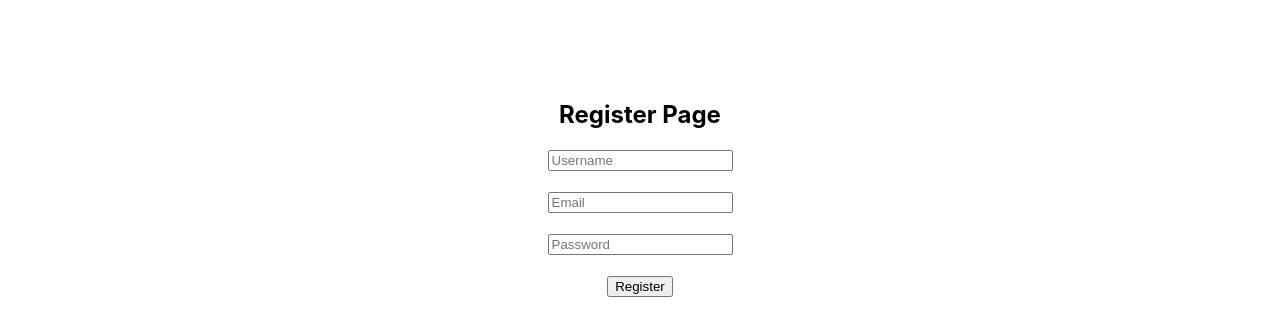
Repository: Vu-Tien-Duc/LearnEnglish-with-API
Page: /register
These files come from the project's save history. The page is drawn as it stood at one moment and after the next save; the edit follows.
The browser window is 1280 px wide. The pictures show the whole page.
The project was rebuilt for these pictures with package versions that can differ from the ones it lists, and the page was loaded fresh each time. Also part of the build but not shown: src/pages/Home.jsx, src/services/api.js, src/pages/Login.jsx, src/components/AdminLayout.jsx, src/pages/admin/CategoryManager.jsx, src/pages/admin/Dashboard.jsx, src/pages/admin/VocabularyManager.jsx.

Above is the page before, as saved 2026-03-23 07:32:37.

### src/App.js
import { BrowserRouter as Router, Routes, Route } from "react-router-dom";

import Home from "./pages/Home";
import Login from "./pages/Login";
import Register from "./pages/Register";

import AdminLayout from "./components/AdminLayout";
import CategoryManager from "./pages/admin/CategoryManager";
import Dashboard from "./pages/admin/Dashboard";
import VocabularyManager from "./pages/admin/VocabularyManager";

function App() {
  return (
    <Router>
      <Routes>

        {/* HOME */}
        <Route path="/" element={<Home />} />

        {/* AUTH */}
        <Route path="/login" element={<Login />} />
        <Route path="/register" element={<Register />} />

        {/* ADMIN */}
        <Route path="/admin" element={<AdminLayout />}>
          <Route index element={<Dashboard />} />
          <Route path="vocabulary" element={<VocabularyManager />} />
          <Route path="categories" element={<CategoryManager />} />
          <Route path="quiz" element={<div>Quiz Page</div>} />
        </Route>

      </Routes>
    </Router>
  );
}

export default App;

### src/pages/Register.jsx
function Register() {
  return (
    <div style={{ textAlign: "center", marginTop: "100px" }}>
      <h2>Register Page</h2>
      <input placeholder="Username" /><br /><br />
      <input placeholder="Email" /><br /><br />
      <input type="password" placeholder="Password" /><br /><br />
      <button>Register</button>
    </div>
  );
}

export default Register;

Loaded but not shown: public/index.html (common file); src/index.js (common file); src/index.css (common file); src/reportWebVitals.js (common file)

After the next save:
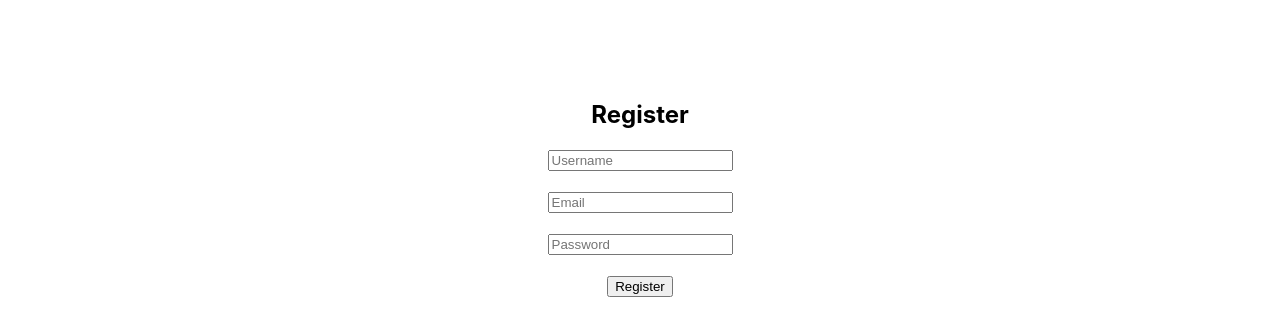
Saved 18 min 3 s later.
--- a/src/pages/Register.jsx
+++ b/src/pages/Register.jsx
@@ -1,11 +1,72 @@
+import { useState } from "react";
+import { useNavigate } from "react-router-dom";
+
 function Register() {
+  const navigate = useNavigate();
+
+  const [form, setForm] = useState({
+    username: "",
+    email: "",
+    password: ""
+  });
+
+  const handleChange = (e) => {
+    setForm({
+      ...form,
+      [e.target.name]: e.target.value
+    });
+  };
+
+  const handleSubmit = async () => {
+    try {
+      const res = await fetch("http://localhost:5000/register", {
+        method: "POST",
+        headers: {
+          "Content-Type": "application/json"
+        },
+        body: JSON.stringify(form)
+      });
+
+      const data = await res.json();
+
+      if (!res.ok) {
+        alert(data.error);
+        return;
+      }
+
+      alert("Register thành công!");
+      navigate("/login");
+
+    } catch (err) {
+      console.error(err);
+      alert("Lỗi server");
+    }
+  };
+
   return (
     <div style={{ textAlign: "center", marginTop: "100px" }}>
-      <h2>Register Page</h2>
-      <input placeholder="Username" /><br /><br />
-      <input placeholder="Email" /><br /><br />
-      <input type="password" placeholder="Password" /><br /><br />
-      <button>Register</button>
+      <h2>Register</h2>
+
+      <input
+        name="username"
+        placeholder="Username"
+        onChange={handleChange}
+      /><br /><br />
+
+      <input
+        name="email"
+        placeholder="Email"
+        onChange={handleChange}
+      /><br /><br />
+
+      <input
+        type="password"
+        name="password"
+        placeholder="Password"
+        onChange={handleChange}
+      /><br /><br />
+
+      <button onClick={handleSubmit}>Register</button>
     </div>
   );
 }
